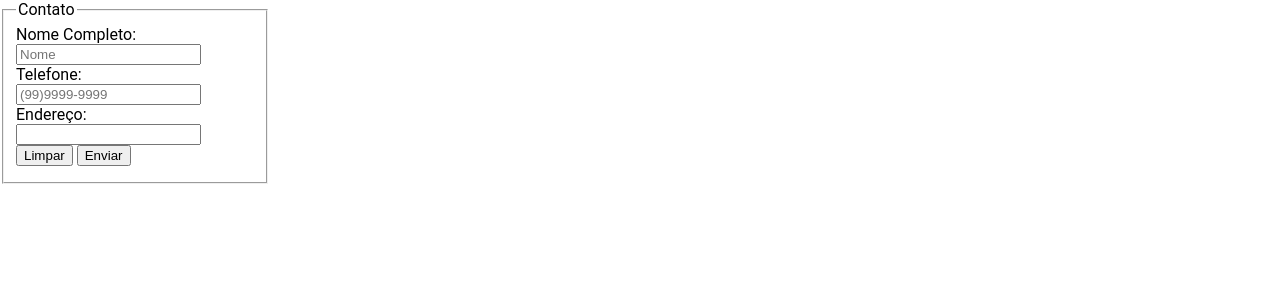
Repository: PedroViniciusVeiga/ProjetoColdigo
Page: exemploServlet/WebContent/contato.html
These files come from the project's save history. The page is drawn as it stood at one moment and after the next save; the edit follows.
The browser window is 1280 px wide. The pictures show the whole page.

Above is the page before, as saved 2021-04-07 02:31:53.

After the next save:
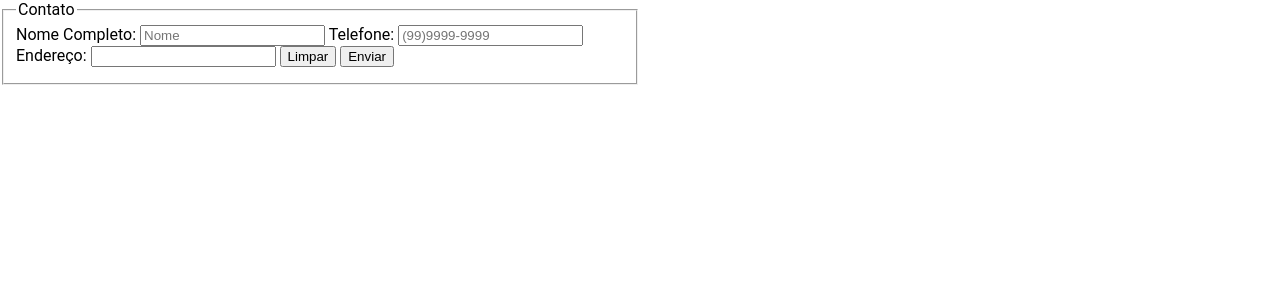
Saved 3 min 37 s later.
--- a/exemploServlet/WebContent/css/siteContato.css
+++ b/exemploServlet/WebContent/css/siteContato.css
@@ -21,5 +21,5 @@ section{
 }
 
 .formContato{
-	width: 270px;
+	width: 100%;
 }
